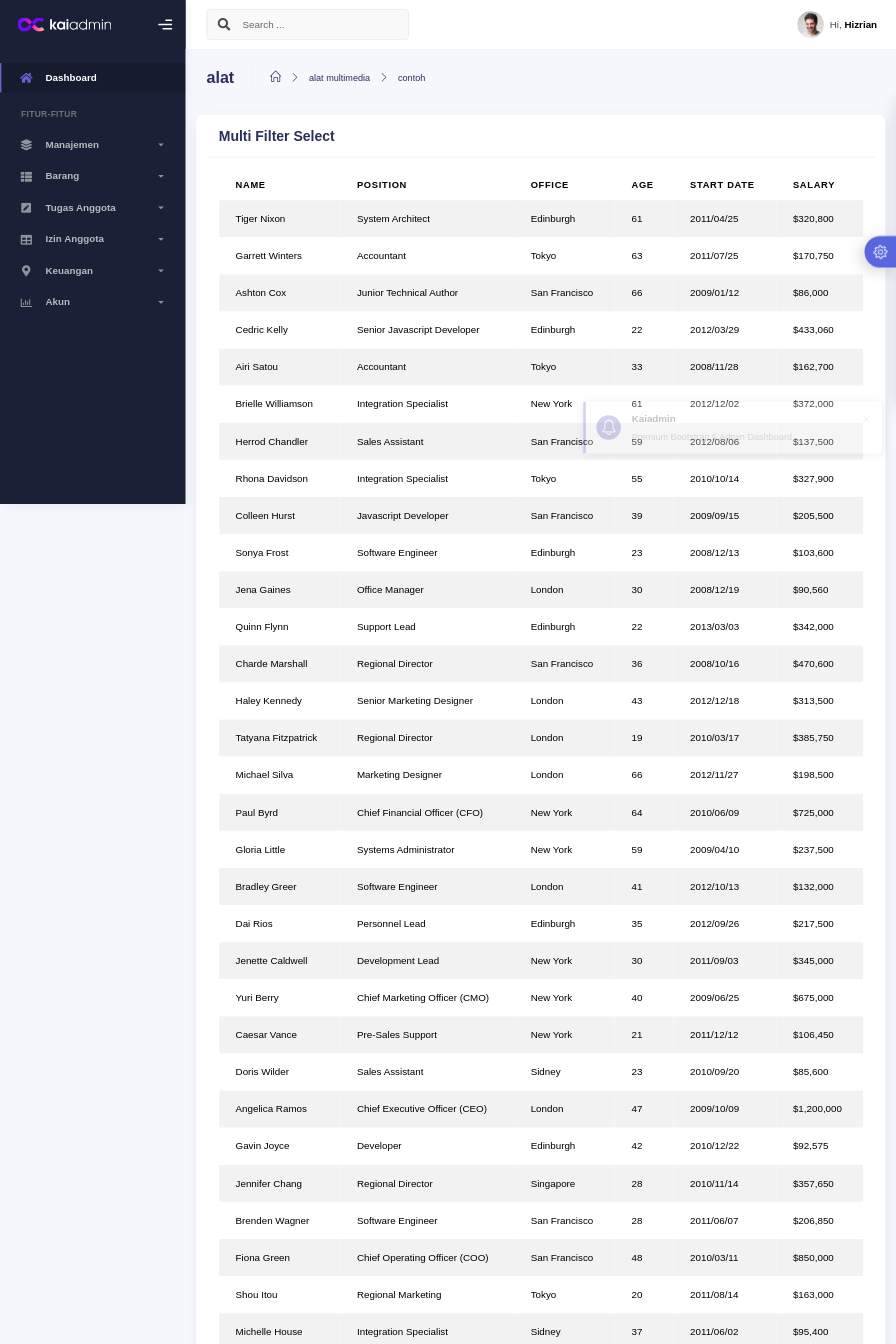
Repository: fatkquladhim/multimedia_laravel
Page: http://localhost/alat
The author's editor kept a copy of each file at every save. The page is drawn from the files as they stood at one save, then again after the next save.
The browser window is 1280 px wide. The pictures show the part of the page from y = 0 to 1920 px (the page is 3490 px tall), at 70% of full size.
Some web fonts or font styles are not loaded; a fallback is used. The page is served by the project's Laravel application, run on PHP 8.4 with Laravel 12.

Above is the page before, as saved 2025-08-16 23:16:28.
Console error: ReferenceError: jsVectorMap is not defined

After the next save:
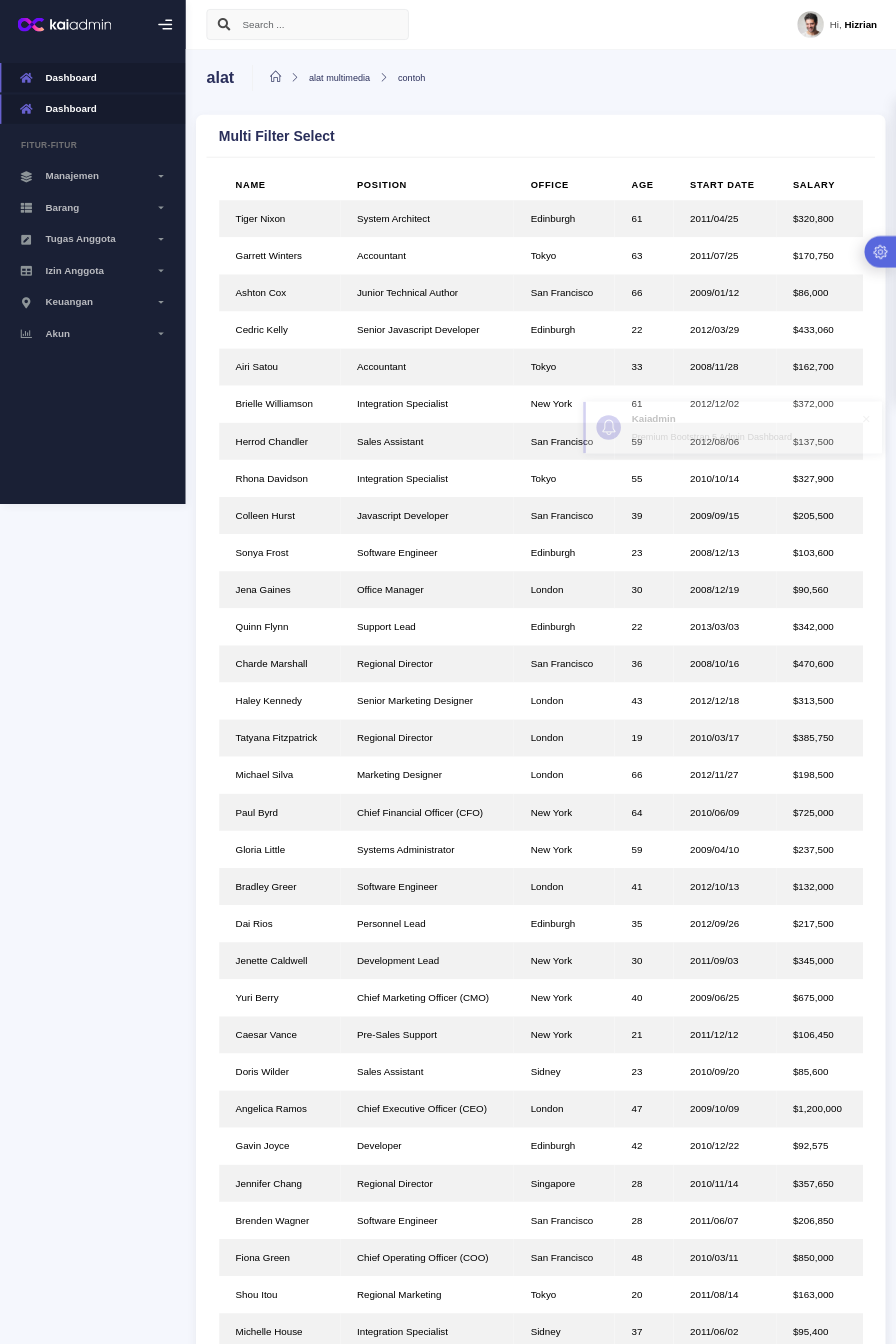
Saved 12 s later.
--- a/resources/views/partials/sidebar.blade.php
+++ b/resources/views/partials/sidebar.blade.php
@@ -27,6 +27,12 @@
         <div class="sidebar-wrapper scrollbar scrollbar-inner">
           <div class="sidebar-content">
             <ul class="nav nav-secondary">
+              <li class="nav-item active">
+                <a href="{{ url('/admin') }}">
+                  <i class="fas fa-home"></i>
+                  <p>Dashboard</p>
+                </a>
+              </li>
               <li class="nav-item active">
                 <a href="{{ url('/admin') }}">
                   <i class="fas fa-home"></i>
